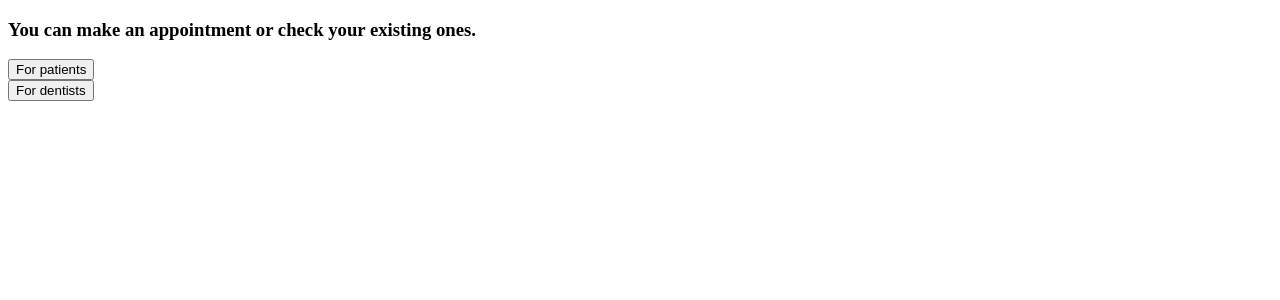
Repository: ThEgIGN/DentalOfficeWebApplication
Page: http://localhost/DentalOfficeWEB/patients/patientChoice.jsp
The author's editor kept a copy of each file at every save. The page is drawn from the files as they stood at one save, then again after the next save.
The browser window is 1280 px wide. The pictures show the whole page.
The page is served by Tomcat 9. Nobody is signed in. The application's start-up code is not run.

Above is the page before, as saved 2023-06-14 12:51:08.

After the next save:
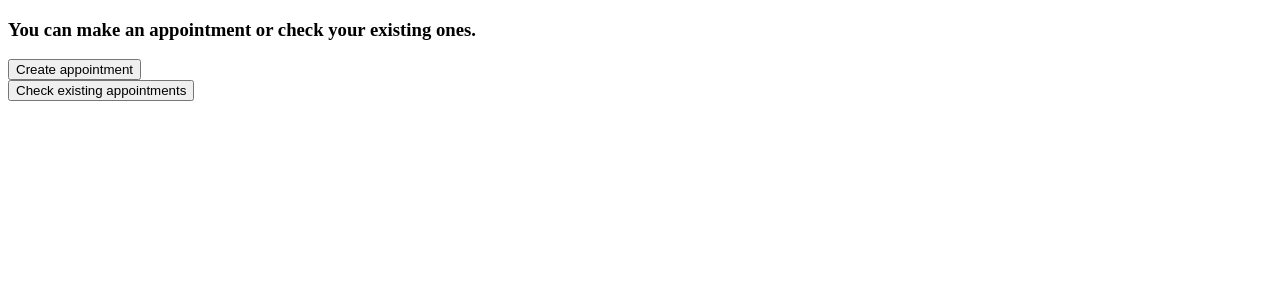
Saved 23 s later.
--- a/DentalOfficeProject/DentalOfficeWEB/src/main/webapp/patients/patientChoice.jsp
+++ b/DentalOfficeProject/DentalOfficeWEB/src/main/webapp/patients/patientChoice.jsp
@@ -9,10 +9,10 @@
 <body>
 	<h3>You can make an appointment or check your existing ones.</h3>
 	<form action="./patients/createPatient.jsp">
-         <button type="submit">For patients</button>
+         <button type="submit">Create appointment</button>
     </form>
     <form action="./patients/checkAppointments.jsp">
-         <button type="submit">For dentists</button>
+         <button type="submit">Check existing appointments</button>
     </form>
 </body>
 </html>
